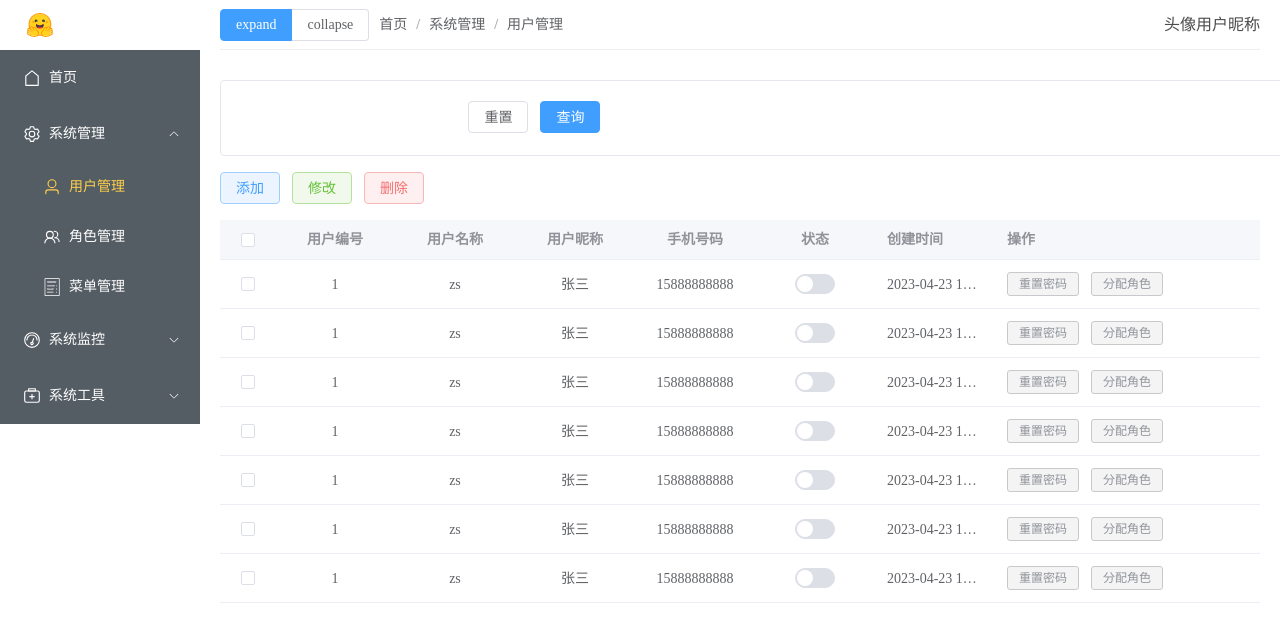
Repository: 202100202078/SignInBox
Page: /admin/system/user
These files come from the project's save history. The page is drawn as it stood at one moment and after the next save; the edit follows.
The browser window is 1280 px wide. The pictures show the whole page.
The project was rebuilt for these pictures with package versions that can differ from the ones it lists, and the page was loaded fresh each time. Also part of the build but not shown: vite.config.js, src/components/FilterLayout.vue, src/components/PageFooter.vue, src/components/TableLayout.vue, src/components/ToolTip.vue, src/assets/fonts/iconfont/iconfont.js, src/assets/style/variables.module.scss.

Above is the page before, as saved 2024-01-30 11:47:18.

After the next save:
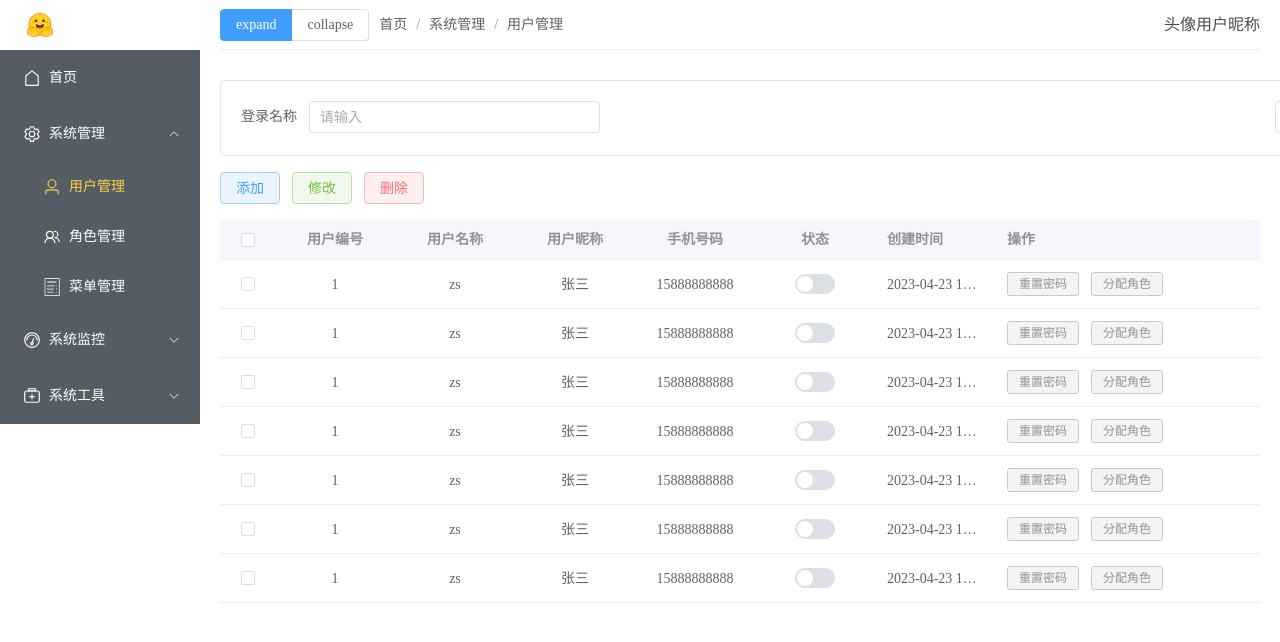
Saved 8 s later.
--- a/src/views/admin/system/UserManagement.vue
+++ b/src/views/admin/system/UserManagement.vue
@@ -189,7 +189,7 @@ const rules = {}
   </MyDialog>
   <div class="user-managemant-page">
     <FilterForm>
-      <el-form-item label="登录名称" v-if="defaultShow1">
+      <el-form-item label="登录名称">
         <el-input placeholder="请输入"></el-input>
       </el-form-item>
       <el-form-item :label="label2" v-if="defaultShow2">
